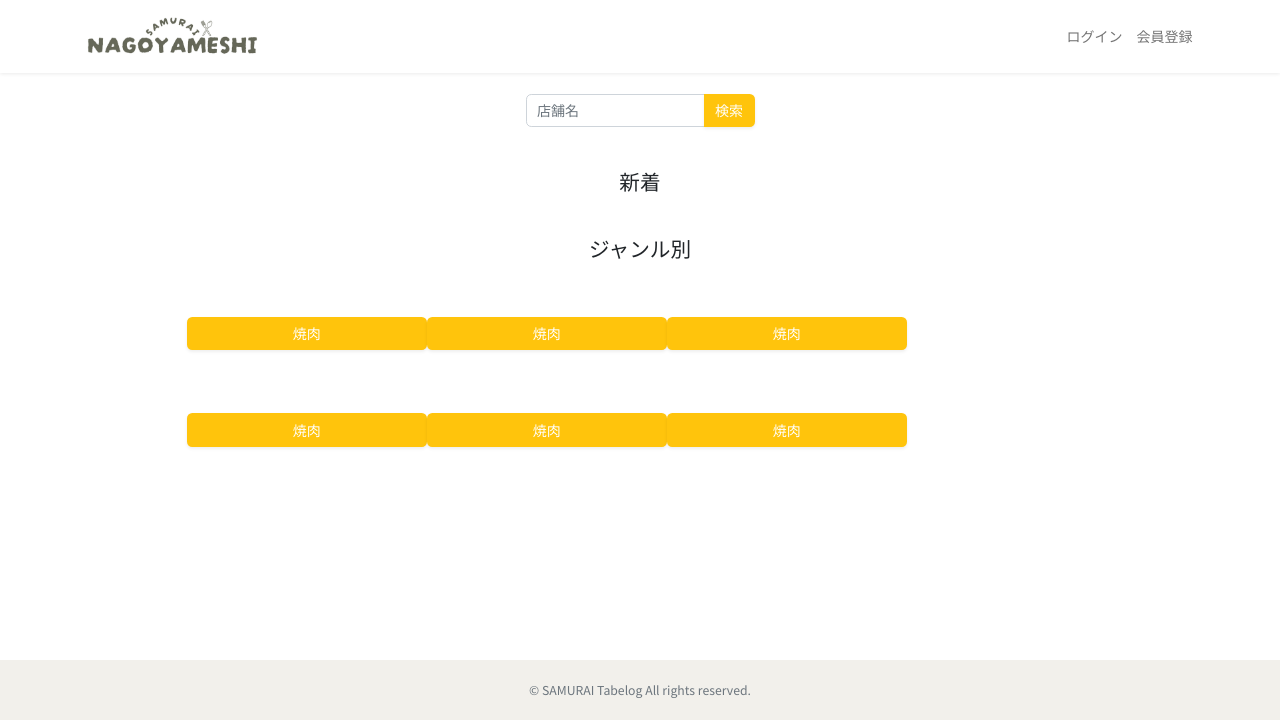
Repository: Mofu-Ya/springboot-tabelog-kadai
Page: http://localhost/index
The author's editor kept a copy of each file at every save. The page is drawn from the files as they stood at one save, then again after the next save.
The browser window is 1280 px wide. The pictures show the whole page.
The page is this project's Thymeleaf template; nobody is signed in. The template is opened directly, without the code that normally fills it, so the values that code supplies are empty.

Above is the page before, as saved 2025-01-18 02:01:28.

After the next save:
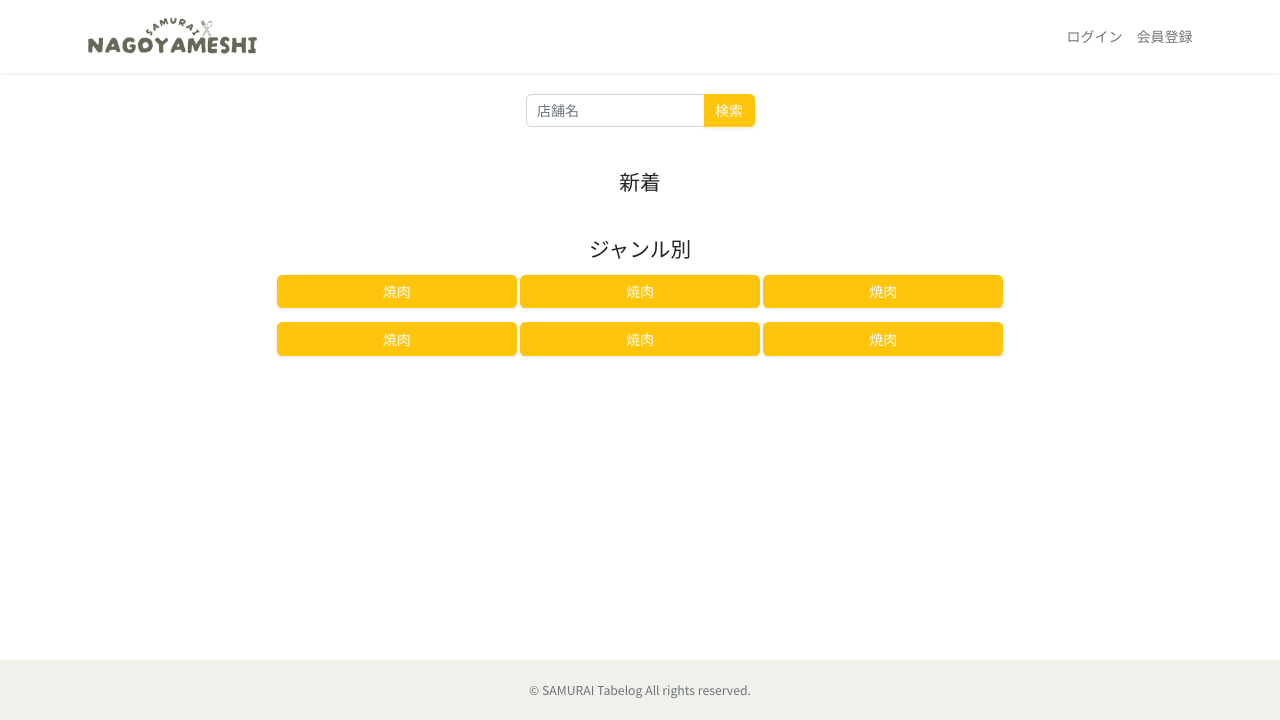
Saved 4 min 1 s later.
--- a/kadai_002/samuraitabelog/src/main/resources/templates/index.html
+++ b/kadai_002/samuraitabelog/src/main/resources/templates/index.html
@@ -60,23 +60,24 @@
                      </div>
 
                      <h2 class="text-center mb-3">ジャンル別</h2>
-                     <div class="col col-lg-10 col-10 mb-3 justify-content-center">
-						 <div class="row mb-4">
-							 <div class="d-flex justify-content-center flex-wrap g-5">
+<!--                     <div class="col col-lg-10 col-10 mb-3 justify-content-center">-->
+
+						 <div class="row mb-3 g-3">
+							 <div class="col text-center">
 							<a class="btn text-white shadow-sm category-btn samuraitabelog-btn" th:href="@{/restaurants}">焼肉</a>
 						 	<a class="btn text-white shadow-sm category-btn samuraitabelog-btn" th:href="@{/restaurants}">焼肉</a>
 						 	<a class="btn text-white shadow-sm category-btn samuraitabelog-btn" th:href="@{/restaurants}">焼肉</a>
 						 	</div>
 						 </div>
-						 <div class="row mb-4">
-							<div class="d-flex justify-content-center flex-wrap g-5">
+						 <div class="row mb-3 g-3">
+							<div class="col text-center">
 							<a class="btn text-white shadow-sm  shadow-sm category-btn samuraitabelog-btn" th:href="@{/restaurants}">焼肉</a>
 						 	<a class="btn text-white shadow-sm shadow-sm category-btn samuraitabelog-btn" th:href="@{/restaurants}">焼肉</a>
 						 	<a class="btn text-white shadow-sm shadow-sm category-btn samuraitabelog-btn" th:href="@{/restaurants}">焼肉</a>
 						 	</div>
 						 </div>
 
-                     </div>
+<!--                     </div>-->
 
 
                  </div>
